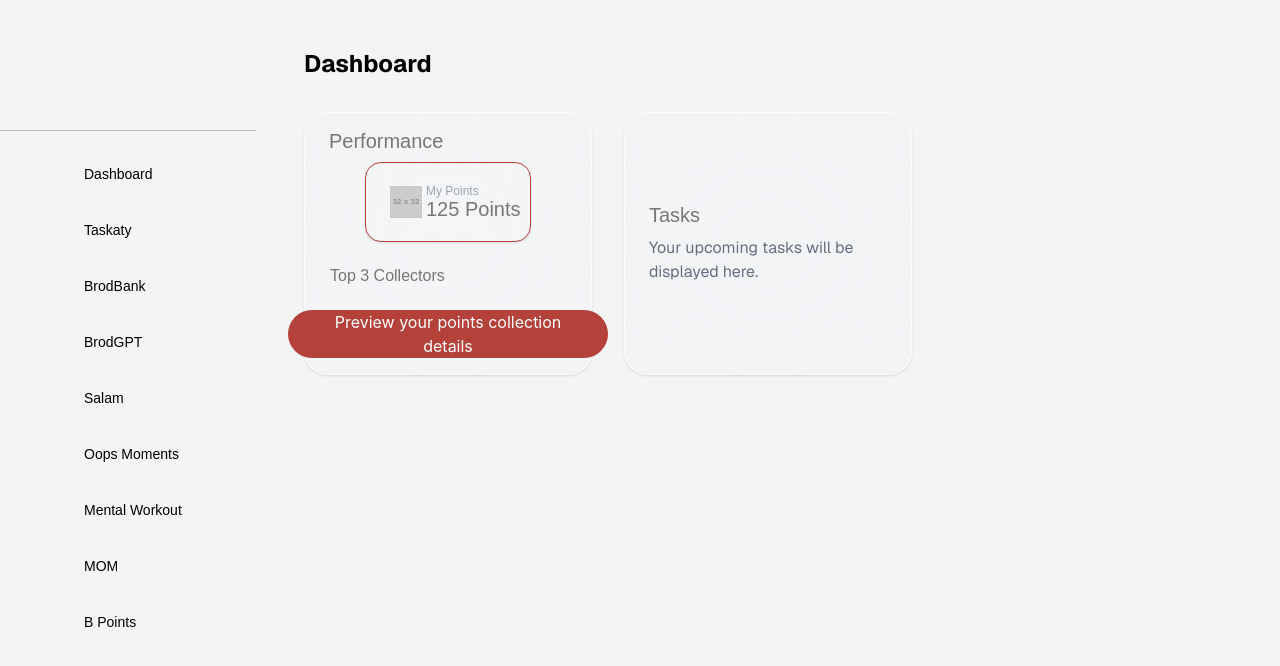
Repository: niirshihab/aetherav14
Page: /dashboard
These files come from the project's save history. The page is drawn as it stood at one moment and after the next save; the edit follows.
The browser window is 1280 px wide. The pictures show the whole page.
The project was rebuilt for these pictures with package versions that can differ from the ones it lists, and the page was loaded fresh each time. Some packages were replaced by stand-ins written for this rebuild. The framework's server and built-in components were replaced by stand-ins that run in the browser. Also part of the build but not shown: next.config.js.

Above is the page before, as saved 2024-07-21 01:58:40.

After the next save:
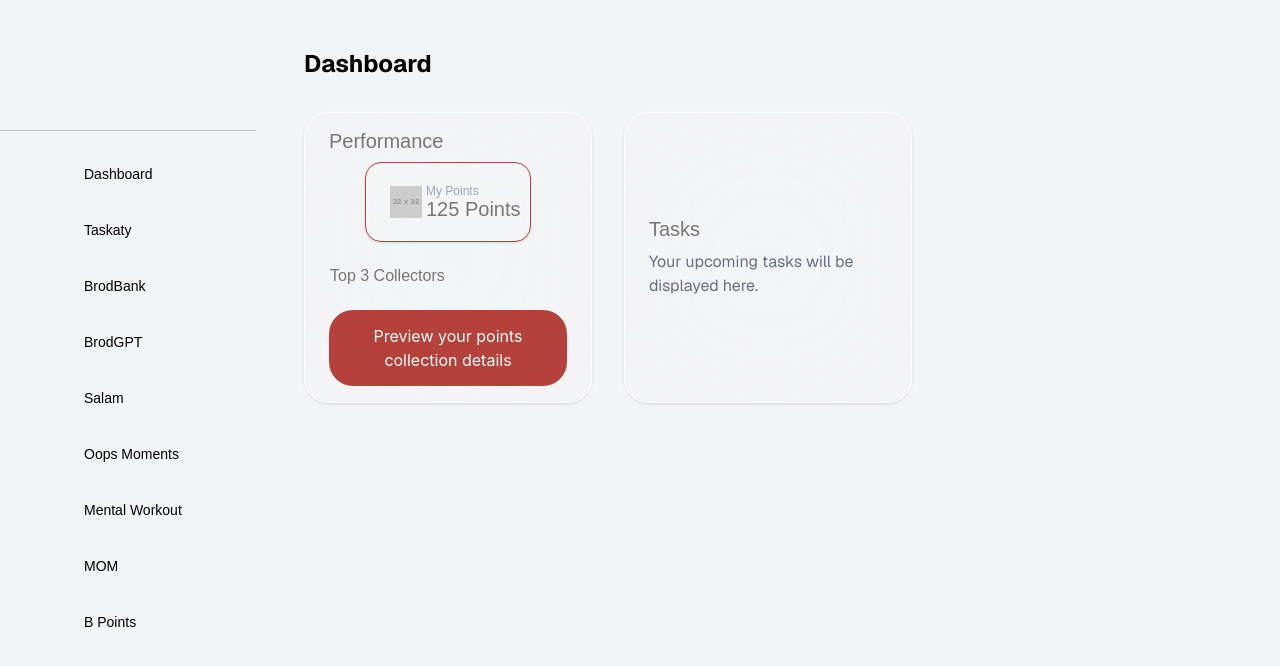
Saved 8 s later.
--- a/components/Button.tsx
+++ b/components/Button.tsx
@@ -10,9 +10,9 @@ export const Button: React.FC<ButtonProps> = ({ children, onClick }) => {
   return (
     <button
       onClick={onClick}
-      className="w-80 h-12 px-7 py-3.5 bg-brod-rose-700 rounded-3xl flex justify-center items-center"
+      className="w-full sm:w-auto px-4 sm:px-7 py-2 sm:py-3.5 bg-brod-rose-700 rounded-3xl flex justify-center items-center"
     >
-      <span className="text-center text-white text-base font-normal font-inter leading-normal">
+      <span className="text-center text-white text-sm sm:text-base font-normal font-inter leading-normal">
         {children}
       </span>
     </button>
